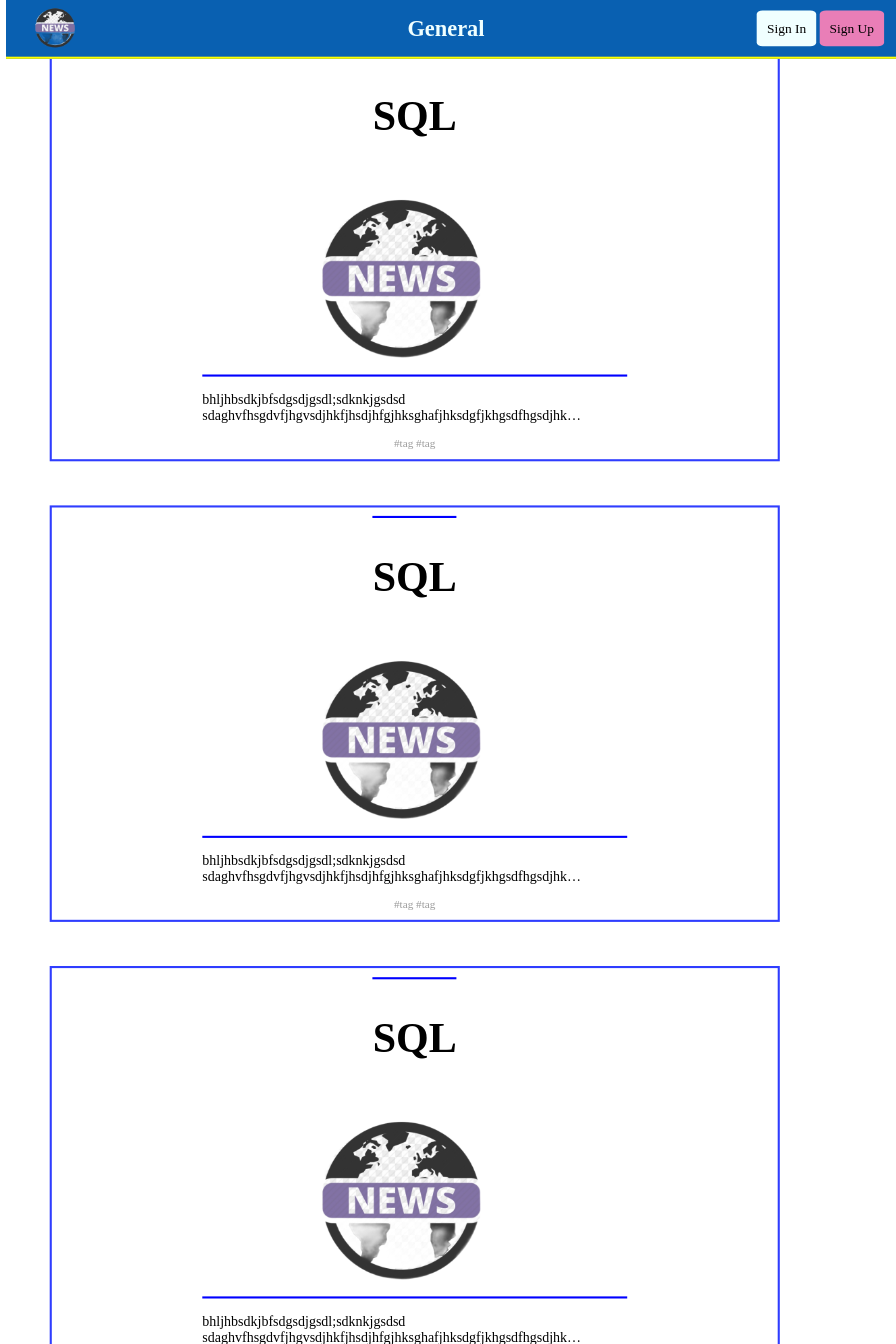
Repository: Batyr2024/NewsSite-Frontend-React-Redux-
Page: /
An editor plug-in stored every save of this project. The page is shown before and after the next save, followed by the edit.
The browser window is 1280 px wide. The pictures show the part of the page from y = 0 to 1920 px (the page is 4014 px tall), at 70% of full size.
The project was rebuilt for these pictures with package versions that can differ from the ones it lists, and the page was loaded fresh each time. Also part of the build but not shown: src/App.css.

Above is the page before, as saved 2024-05-20 16:36:35.

### src/App.tsx
import { NavBarDefault } from './components/NavBar/nav-bar.component';
import './App.css';
import PostComponent from './components/Post/post.component';

function App() {
  return (
    <div className="App">
      <NavBarDefault/>
      <PostComponent/>
      <PostComponent/>
      <PostComponent/>
      <PostComponent/>
      <PostComponent/>
      <PostComponent/>
    </div>
  );
}

export default App;

### src/components/NavBar/nav-bar.component.tsx
import './nav-bar.style.css'
function NavBarDefault() {
    return (
        <header className="nav-bar">
            <div className="general-page">
                <img className="nav-bar__image" src={require('../../assets/news-icon.png')}></img>
            </div>
            <h1>General</h1>
            <div className="sign-panel">
                <span className="sign-in">Sign In</span>
                <span className="sign-up">Sign Up</span>
            </div>
        </header>
    )
}

export { NavBarDefault }

### src/components/Post/post.component.tsx
import './post.style.css'

function PostComponent(){
    return(
        <div className="post">
        <header className="post__head"><h2>SQL</h2></header>
        <img className="post__image" src={require('../../assets/news-icon.png')}/>
        <div className="post__text">bhljhbsdkjbfsdgsdjgsdl;sdknkjgsdsd sdaghvfhsgdvfjhgvsdjhkfjhsdjhfgjhksghafjhksdgfjkhgsdfhgsdjhk sdjhgfjkhsdgafhkgsadjkhfgsjhadgfjhasgdjkfgasdjhfghksdgfkgsadjkhfgsa sdhgfskadgfasdgfweyuitqwe ergoidfhijgnhdfhuibgushdfbghudsbfughbsdhifubgusdfbhghudfbhusgbusdfhbghuidnfshuignhndhsfunghu dfsbghudsfbghudfhuigeu8wbw8eurbng8uwebh8rg brgbwe78y rbeu8gbneu8rhwbgn8uwehbgyueb r8ubguernmg9winweri</div>
        <div className="post__tags">#tag #tag</div>
        </div>
    )
}

export default PostComponent;

### src/components/NavBar/nav-bar.style.css
body{
  padding: 0%;
}

.nav-bar{
  border-bottom: solid yellow;
    top:0%;
    position: fixed;
    width: 100%;
    display: flex;
    background-color: rgb(9, 96, 177);
    align-items: center;
    justify-content: space-between;
  }

  .sign-panel{
    display: flex;
    white-space: nowrap;
    margin:1%;
    margin-right: 7%;
  }

  .sign-panel>div{
    width: max-content;

  }

  h1{
    display: inline-block;
    position: relative;
    transform: translate(50% 50%);
    right: 25%;
    color: azure;

  }

  .sign-up{
    background-color: rgb(233, 126, 183);
  }

  span{
    margin: 2%;
    text-wrap: nowrap;
    font-size: 120%;
    border-radius: 10%;
    background-color: azure;
    word-wrap: nowrap;
    padding: 12%;
  }

  .nav-bar__image{
    margin-left: 3%;
    width: 12%;
    height: 12%;

  }

### src/components/Post/post.style.css
.post{
    display: flex;
    flex-direction: column;
    justify-content: center;
    align-items: center;
    border: solid rgb(47, 61, 255);
    max-height: 60%;
    margin: 5%;
    padding: 1%;
    max-width: 80%;
}
.post__head{
    display: flex;
    justify-content: center;
    font-size: 40px;
    border-top: solid blue;

}
.post__image{
    max-width: 40%;
    max-height: 40%;
}
.post__text{
    width: 60%;
    display: -webkit-box;
    -webkit-line-clamp: 2;
    -webkit-box-orient: vertical;
    overflow: hidden;
    text-overflow: clip;
    border-top: solid blue;
    padding-top: 2%;
    font-size: 20px;
}
.post__tags{
    color: rgba(0, 0, 0, 0.397);
    margin-top: 2%;
    width: max-content;
}

Loaded but not shown: public/index.html (common file); src/index.tsx (common file); src/reportWebVitals.ts (common file); src/index.css (no stored copy; drawn as an empty file)

After the next save:
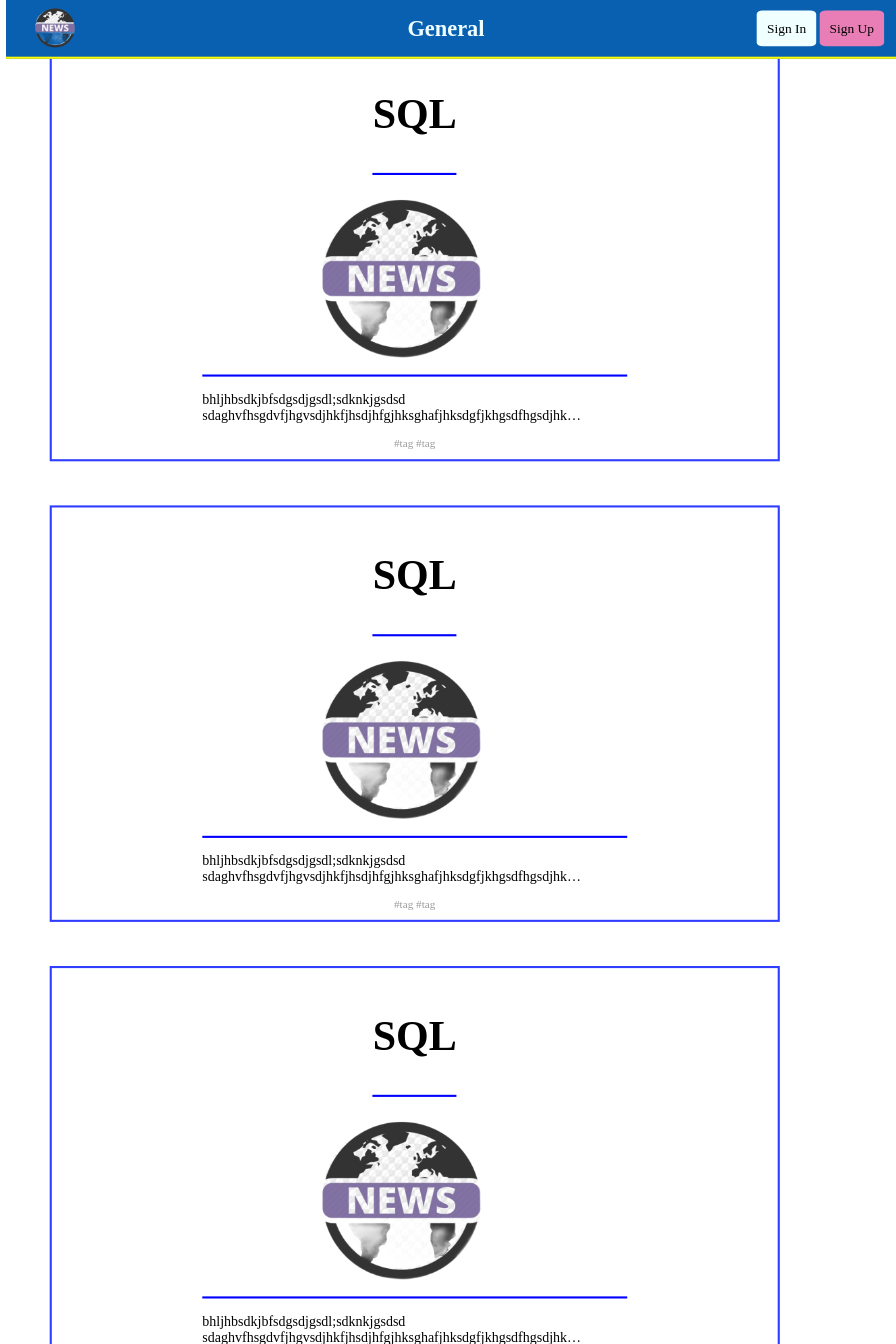
Saved 5 s later.
--- a/src/components/Post/post.style.css
+++ b/src/components/Post/post.style.css
@@ -13,7 +13,7 @@
     display: flex;
     justify-content: center;
     font-size: 40px;
-    border-top: solid blue;
+    border-bottom: solid blue;
 
 }
 .post__image{
